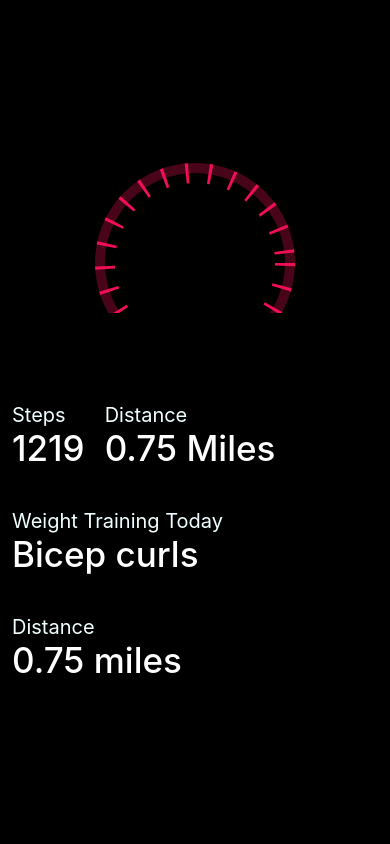
Repository: JamesPesenti/JiMTracker
Screen: /
An editor plug-in stored every save of this project. The screen is shown before and after the next save, followed by the edit.
The app was drawn by React Native's web renderer in a window 390 px wide. The project was rebuilt for these pictures with package versions that can differ from the ones it lists, and the page was loaded fresh each time.

Above is the screen before, as saved 2023-06-16 14:43:58.

After the next save:
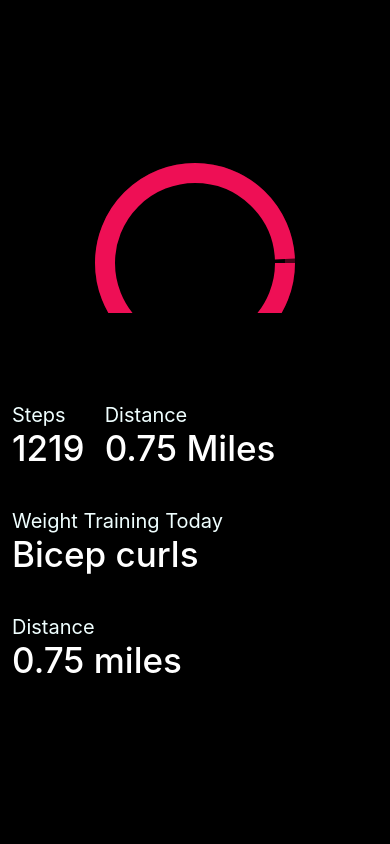
Saved 87 s later.
--- a/src/components/RingProgress.tsx
+++ b/src/components/RingProgress.tsx
@@ -11,6 +11,7 @@ const color = "#EE0F55"
 const RingProgress = ({radius = 100, strokeWidth = 20}: RingProgressProps) => {
 
    const innerRadius = radius - strokeWidth / 2
+   const circumference = 2 * Math.PI * innerRadius
 
   return (
     <View style={{ width: radius * 2, height: radius * 2, alignSelf: "center"}}>
@@ -31,7 +32,7 @@ const RingProgress = ({radius = 100, strokeWidth = 20}: RingProgressProps) => {
             r={innerRadius}
             strokeWidth={strokeWidth}
             stroke={color}
-            strokeDasharray={[3, 20]}
+            strokeDasharray={[circumference - 5]}
          />
       </SVG>
     </View>
